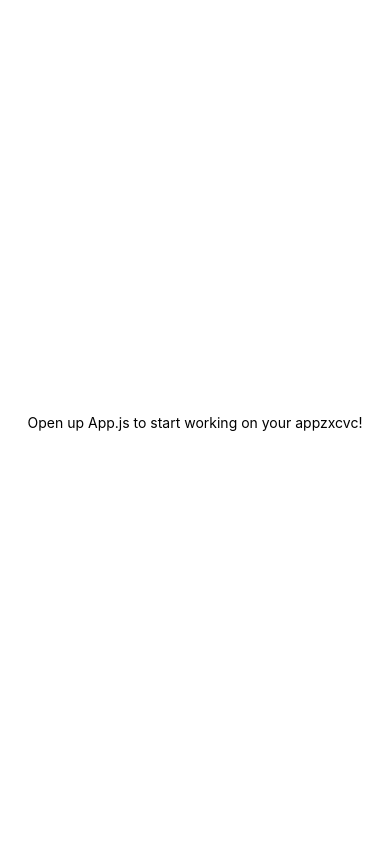
Repository: ntu34543/ReactNativeAndroid
Screen: /
The author's editor kept a copy of each file at every save. The screen is drawn from the files as they stood at one save, then again after a run of saves.
The app was drawn by React Native's web renderer in a window 390 px wide. The project was rebuilt for these pictures with package versions that can differ from the ones it lists, and the page was loaded fresh each time.

Above is the screen before, as saved 2022-09-23 15:58:13.

After the next 3 saves:
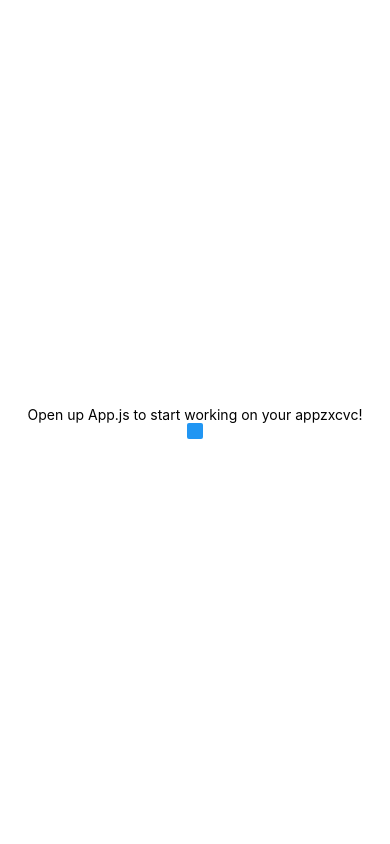
The 3 saves are shown as one change because 2 did not build or start.
The last was saved 31 s later.
--- a/App.js
+++ b/App.js
@@ -1,10 +1,11 @@
 import { StatusBar } from 'expo-status-bar';
-import { StyleSheet, Text, View } from 'react-native';
+import { StyleSheet, Text, View, Button } from 'react-native';
 
 export default function App() {
   return (
     <View style={styles.container}>
       <Text>Open up App.js to start working on your appzxcvc!</Text>
+      <Button>Abc</Button>
       <StatusBar style="auto" />
     </View>
   );
